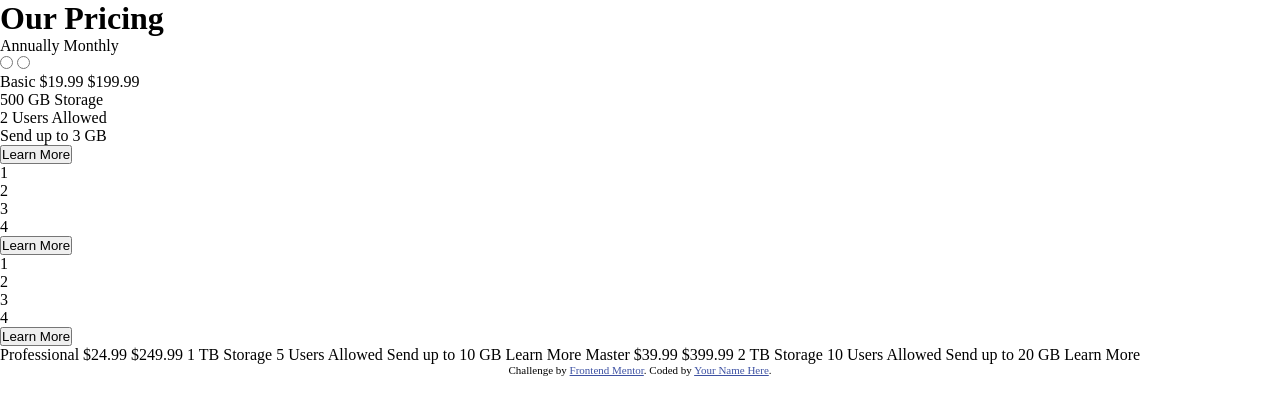
Repository: JuzzJoel/pricing-component-with-toggle-master
Page: index.html
The author's editor kept a copy of each file at every save. The page is drawn from the files as they stood at one save, then again after a run of saves.
The browser window is 1280 px wide. The pictures show the whole page.

Above is the page before, as saved 2025-05-24 07:50:24.

### index.html
<!DOCTYPE html>
<html lang="en">
<head>
  <meta charset="UTF-8">
  <meta name="viewport" content="width=device-width, initial-scale=1.0"> <!-- displays site properly based on user's device -->

  <link rel="icon" type="image/png" sizes="32x32" href="./images/favicon-32x32.png">

  <title>Frontend Mentor | [pricing-component-with-toggle-master]</title>
  <style>
    :root{

--linear-gradient: hsl(236, 72%, 79%) to hsl(237, 63%, 64%);

--clr-pri: hsl(240, 78%, 98%);
--clr-pri-acc: hsl(234, 14%, 74%);
--clr-sec: hsl(233, 13%, 49%);
--clr-sec-acc: hsl(232, 13%, 33%);
    }
*,
*::before,
*::after {
    box-sizing: border-box;
}

* {
    margin: 0;
    padding: 0;
    box-sizing: border-box;
}

    .attribution { font-size: 11px; text-align: center; }
    .attribution a { color: hsl(228, 45%, 44%); }


  </style>
</head>
<body>



  <div class="container">
    <div class="pricing-header">
      <h1>Our Pricing</h1>
      <div class="toggle-box">
        Annually
        Monthly
        <div class="toggle-container">

          <input type="radio" class="pricing" id="price-annnual">
          <label for=""></label>

          <input type="radio" class="pricing" id="price-month">
          <label for=""></label>

          <div class="toggle-slider"></div>
        </div>
      </div>
      <div class="body">
        <div class="content">
          <div class="card">
            <div class="rows-head">Basic
            &dollar;19.99
            &dollar;199.99
          </div>
            <div class="rows">500 GB Storage</div>
            <div class="rows">2 Users Allowed</div>
            <div class="rows">Send up to 3 GB</div>
            <div class="rows"><button>Learn More</button></div>
          </div>
          <div class="card">
            <div class="rows-head">1</div>
            <div class="rows">2</div>
            <div class="rows">3</div>
            <div class="rows">4</div>
            <div class="rows"><button>Learn More</button></div>
          </div>
          <div class="card">
            <div class="rowshead">1</div>
            <div class="rows">2</div>
            <div class="rows">3</div>
            <div class="rows">4</div>
            <div class="rows"><button>Learn More</button></div>
          </div>
        </div>
      </div>
    </div>
  </div>










  Professional
  &dollar;24.99
  &dollar;249.99
  1 TB Storage
  5 Users Allowed
  Send up to 10 GB
  Learn More

  Master
  &dollar;39.99
  &dollar;399.99
  2 TB Storage
  10 Users Allowed
  Send up to 20 GB
  Learn More

  <div class="attribution">
    Challenge by <a href="https://www.frontendmentor.io?ref=challenge" target="_blank">Frontend Mentor</a>.
    Coded by <a href="#">Your Name Here</a>.
  </div>
</body>
</html>

After the next 3 saves:
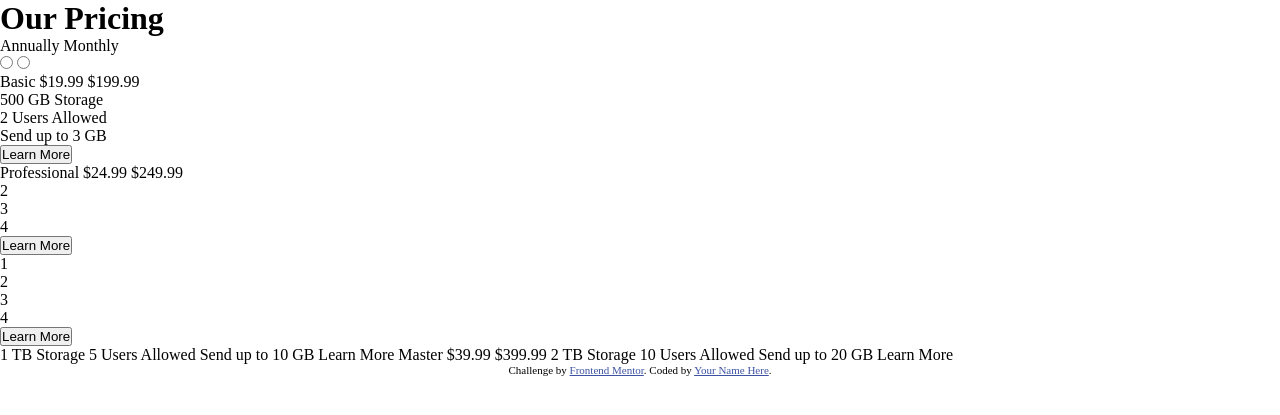
The 3 saves are shown as one change because they came seconds apart.
The last was saved 18 s later.
--- a/index.html
+++ b/index.html
@@ -69,7 +69,10 @@
             <div class="rows"><button>Learn More</button></div>
           </div>
           <div class="card">
-            <div class="rows-head">1</div>
+            <div class="rows-head">Professional
+            &dollar;24.99
+            &dollar;249.99
+          </div>
             <div class="rows">2</div>
             <div class="rows">3</div>
             <div class="rows">4</div>
@@ -96,9 +99,7 @@
 
 
 
-  Professional
-  &dollar;24.99
-  &dollar;249.99
+
   1 TB Storage
   5 Users Allowed
   Send up to 10 GB
